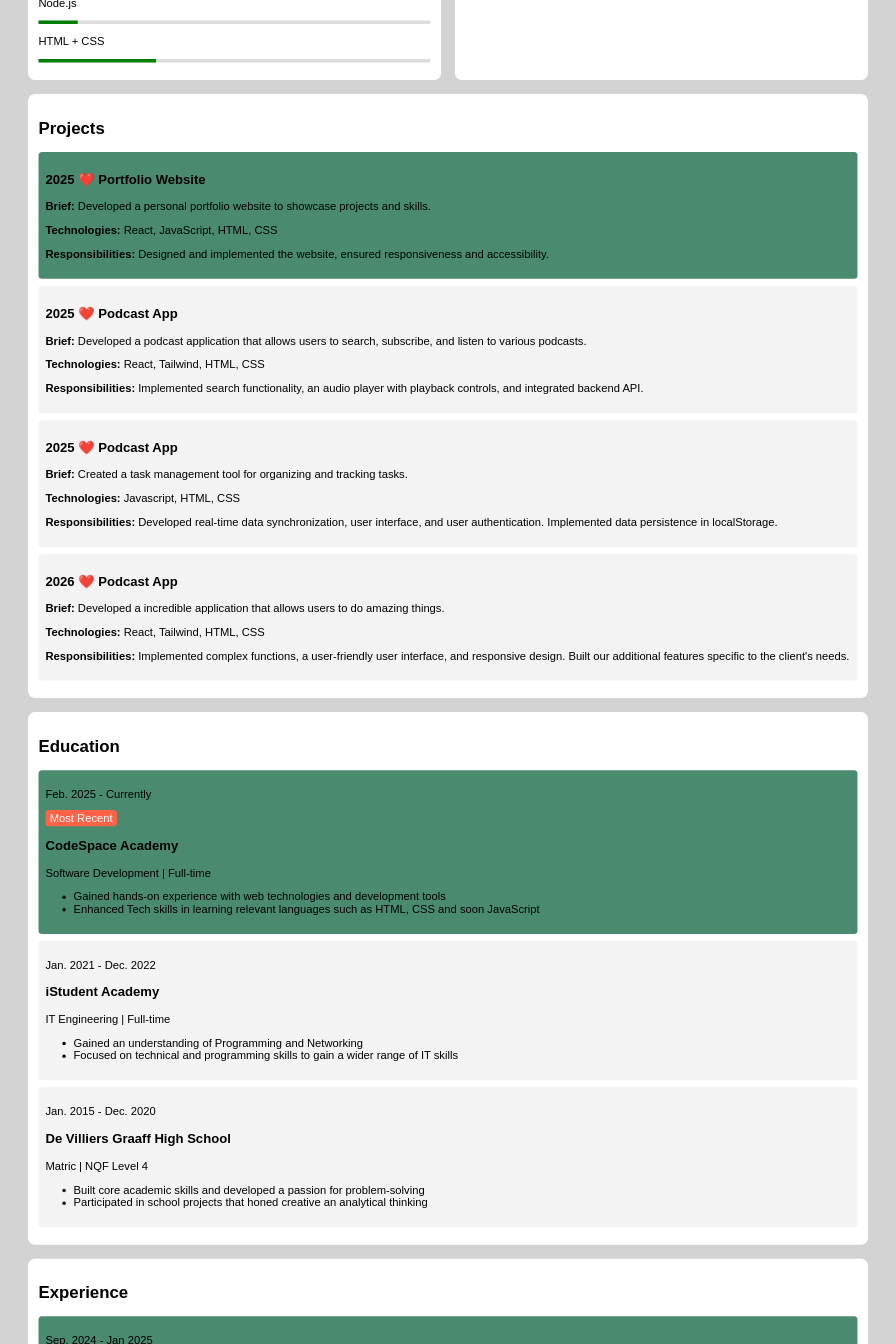
Repository: andajonas/ANDJON25111_fto2502_A2_AndaJonas_SDF_Portfolio_Piece
Page: index.html
These files come from the project's save history. The page is drawn as it stood at one moment and after a run of saves; the edit follows.
The browser window is 1280 px wide. The pictures show the part of the page from y = 435 to 2355 px (the page is 3128 px tall), at 70% of full size.
A picture or video elsewhere on the page could not be fetched, so the positions and the page height are approximate.

Above is the page before, as saved 2025-04-03 21:45:22.

After the next 2 saves:
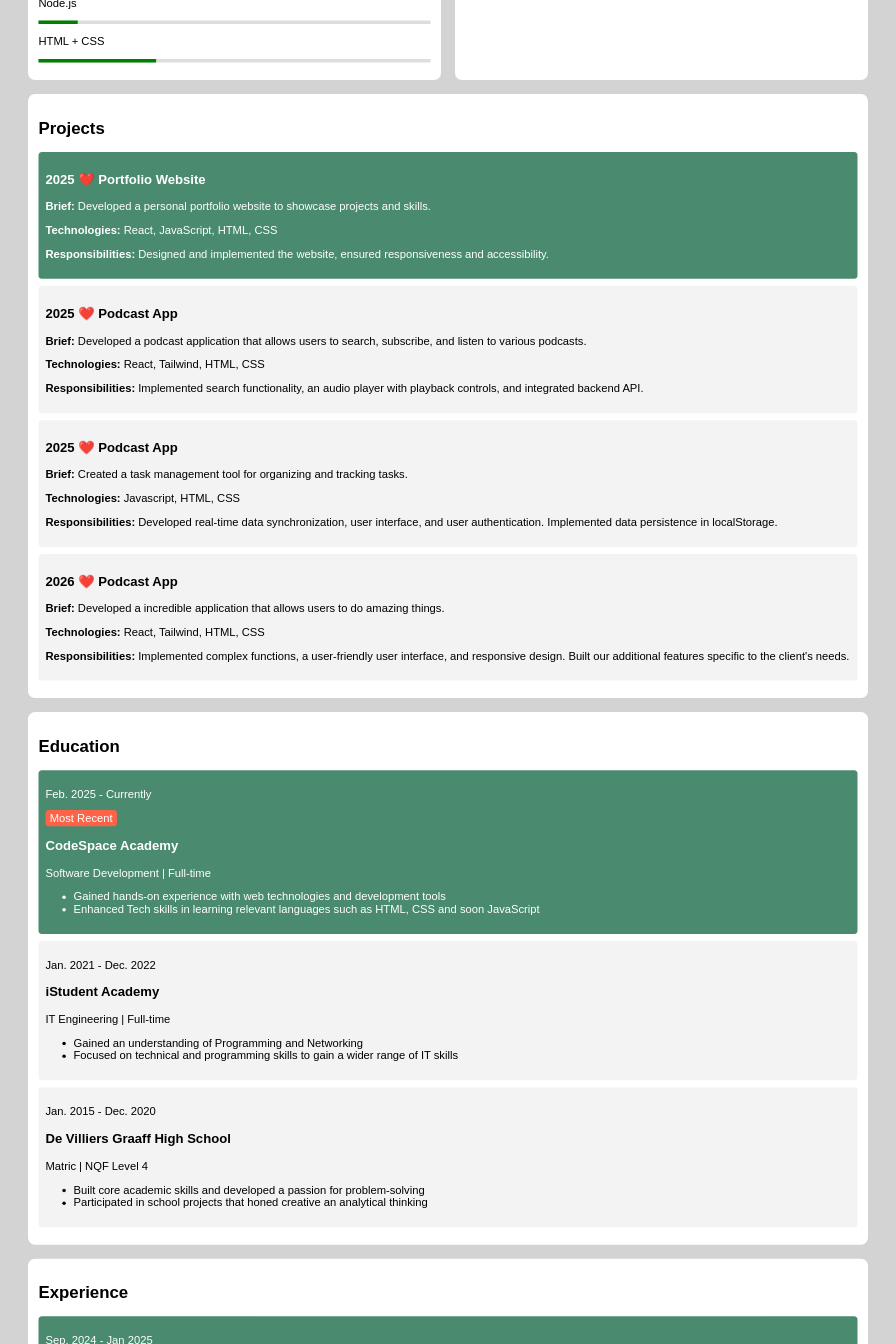
The 2 saves are shown as one change because they came seconds apart.
The last was saved 7 s later.
--- a/styles.css
+++ b/styles.css
@@ -126,7 +126,7 @@ body {
 .education-card:first-of-type,
 .experience-card:first-of-type {
     background: #4A8B70;
-    color
+    color: white;
 }
 
 /* Contact Section */
